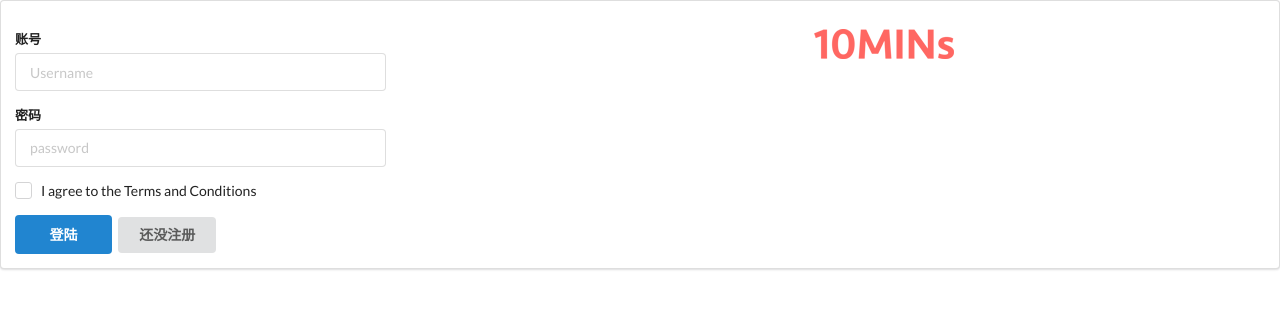
Repository: RemeoJenius/JAVA-EEwork
Page: web-second/src/main/webapp/second/login.html
An editor plug-in stored every save of this project. The page is shown before and after the next save, followed by the edit.
The browser window is 1280 px wide. The pictures show the whole page.

Above is the page before, as saved 2016-09-25 14:54:10.
Not found: web-second/src/main/webapp/second/css/docs.css
Not found: web-second/src/main/webapp/second/css/home.css

After the next save:
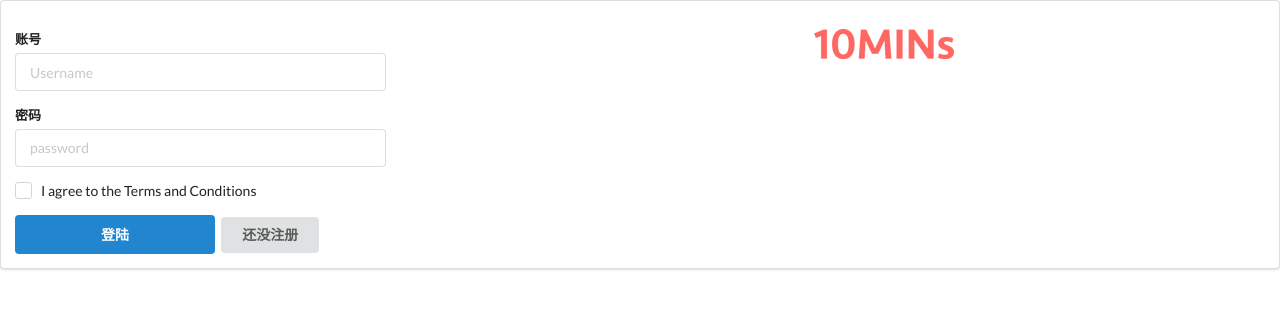
Saved 3 min 11 s later.
--- a/web-second/src/main/webapp/second/login.html
+++ b/web-second/src/main/webapp/second/login.html
@@ -37,7 +37,7 @@
                             <label>I agree to the Terms and Conditions</label>
                         </div>
                     </div>
-                    <input class="ui primary button denglv" type="sumbit" value="登陆"/>
+                    <input class="ui primary button" type="sumbit" value="登陆"/>
                     <button class="ui button zc">还没注册</button>
                     </div>
                     <div class="five wide column">
